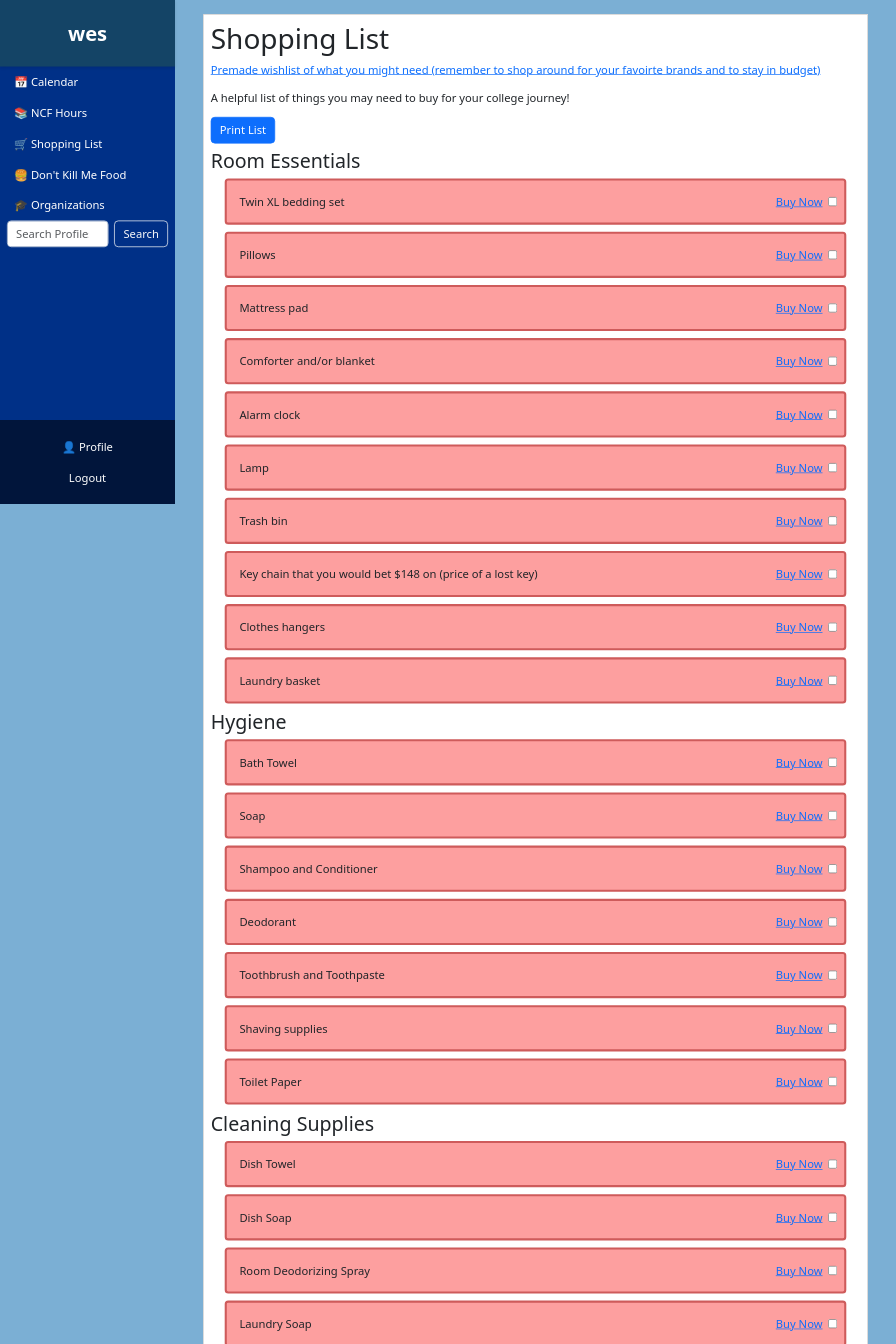
Repository: NateClarkTech/SoftwareEngineeringProject2
Page: http://localhost/shoppinglist/
These files come from the project's save history. The page is drawn as it stood at one moment and after the next save; the edit follows.
The browser window is 1280 px wide. The pictures show the part of the page from y = 0 to 1920 px (the page is 4421 px tall before and 4437 px after), at 70% of full size.
The page is served by the project's application, run on Django 5.2 (manage.py). The first stored user is signed in. The page reads the database file committed with the project.

Above is the page before, as saved 2024-03-12 22:35:47.

After the next save:
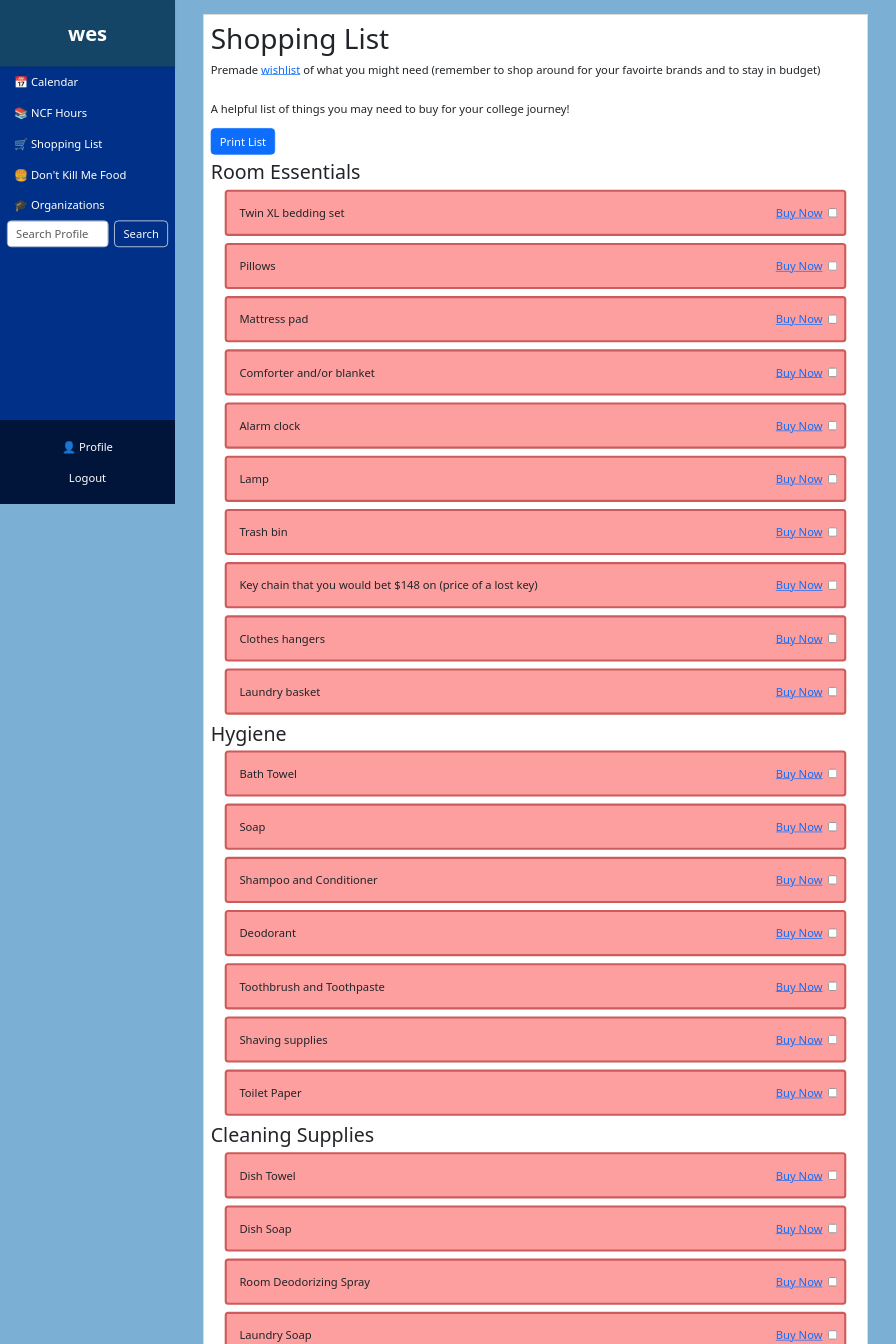
Saved 99 s later.
--- a/ShoppingList/templates/shoppinglist.html
+++ b/ShoppingList/templates/shoppinglist.html
@@ -39,7 +39,7 @@
     {% if user.is_authenticated %}
     <div class="item-box">
         <h1>Shopping List</h1>
-        <a href="https://www.amazon.com/hz/wishlist/ls/1MYC1SQ5AHTOC?ref_=wl_share" target="_blank">Premade wishlist of what you might need (remember to shop around for your favoirte brands and to stay in budget)</a>
+        <p>Premade <a href="https://www.amazon.com/hz/wishlist/ls/1MYC1SQ5AHTOC?ref_=wl_share" target="_blank">wishlist</a> of what you might need (remember to shop around for your favoirte brands and to stay in budget)</p>
         <p class="pt-3">A helpful list of things you may need to buy for your college journey!</p>
         <button type="button" class="btn btn-primary btn-small mb-2" onclick="printDiv('shoppingListContents')">Print List</button>
         <div id="shoppingListContents">
